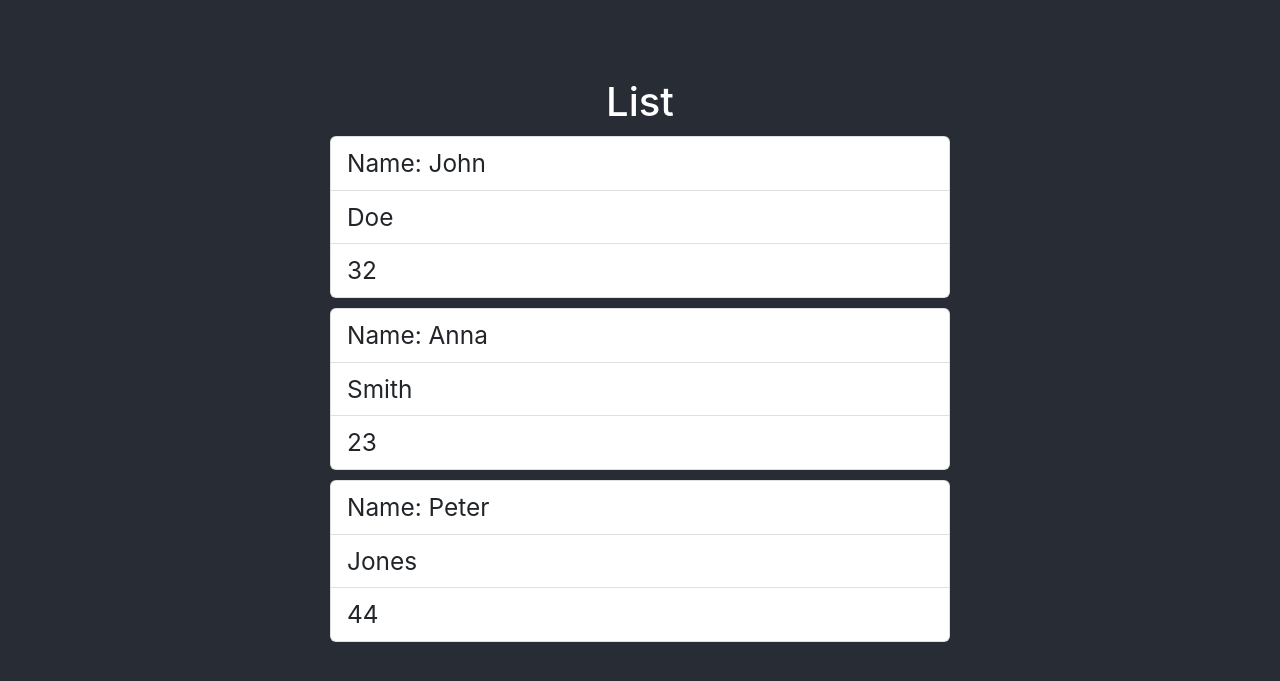
Repository: JasonMorta/ExamplesWithReact
Page: / (app in examples/)
The author's editor kept a copy of each file at every save. The page is drawn from the files as they stood at one save, then again after the next save.
The browser window is 1280 px wide. The pictures show the whole page.
The project was rebuilt for these pictures with package versions that can differ from the ones it lists, and the page was loaded fresh each time.

Above is the page before, as saved 2022-10-03 19:48:56.

### examples/public/index.html
<!DOCTYPE html>
<html lang="en">
  <head>
    <meta charset="utf-8" />
    <link rel="icon" href="%PUBLIC_URL%/favicon.ico" />
    <meta name="viewport" content="width=device-width, initial-scale=1" />
    <meta name="theme-color" content="#000000" />
    <meta
      name="description"
      content="Web site created using create-react-app"
    />
    <link rel="apple-touch-icon" href="%PUBLIC_URL%/logo192.png" />
    <!--
      manifest.json provides metadata used when your web app is installed on a
      user's mobile device or desktop. See https://developers.google.com/web/fundamentals/web-app-manifest/
    -->
    <link rel="manifest" href="%PUBLIC_URL%/manifest.json" />
    <!--
      Notice the use of %PUBLIC_URL% in the tags above.
      It will be replaced with the URL of the `public` folder during the build.
      Only files inside the `public` folder can be referenced from the HTML.

      Unlike "/favicon.ico" or "favicon.ico", "%PUBLIC_URL%/favicon.ico" will
      work correctly both with client-side routing and a non-root public URL.
      Learn how to configure a non-root public URL by running `npm run build`.
    -->
    <link href="https://cdn.jsdelivr.net/npm/bootstrap@5.2.1/dist/css/bootstrap.min.css" rel="stylesheet">
    <title>React App</title>
  </head>
  <body>
    <noscript>You need to enable JavaScript to run this app.</noscript>
    <div id="root"></div>
    <!--
      This HTML file is a template.
      If you open it directly in the browser, you will see an empty page.

      You can add webfonts, meta tags, or analytics to this file.
      The build step will place the bundled scripts into the <body> tag.

      To begin the development, run `npm start` or `yarn start`.
      To create a production bundle, use `npm run build` or `yarn build`.
    -->
  </body>
</html>

### examples/src/App.js
import logo from './logo.svg';
import './App.css';
import Instance from './components/Instance';





function App() {
  return (
    <div className="App">
      <header className="App-header">
      <Instance />
      </header>
    </div>
  );
}

export default App;

### examples/src/App.css
.App {
  text-align: center;
}

.App-logo {
  height: 40vmin;
  pointer-events: none;
}

@media (prefers-reduced-motion: no-preference) {
  .App-logo {
    animation: App-logo-spin infinite 20s linear;
  }
}

.App-header {
  background-color: #282c34;
  min-height: 100vh;
  display: flex;
  flex-direction: column;
  align-items: center;
  justify-content: center;
  font-size: calc(10px + 2vmin);
  color: white;
}

.App-link {
  color: #61dafb;
}

@keyframes App-logo-spin {
  from {
    transform: rotate(0deg);
  }
  to {
    transform: rotate(360deg);
  }
}


ul {
  margin: 10px;
  text-align: initial;
}

### examples/src/components/Instance.jsx
import React from 'react'

export default function Instance() {

const employees = [
  { firstName: "John", lastName: "Doe", age: 32 },
  { firstName: "Anna", lastName: "Smith", age: 23 },
  { firstName: "Peter", lastName: "Jones", age: 44 },
];



  return (
    <div style={{minWidth: "50%"}}>
      <h1>List</h1>

      {employees.map(obj =>
        <ul class="list-group">
          <li class="list-group-item">Name: {obj.firstName}</li>
          <li class="list-group-item">{obj.lastName}</li>
          <li class="list-group-item">{obj.age}</li>
        </ul>
      )}
    </div>
  );
}

Loaded but not shown: examples/src/index.js (common file); examples/src/index.css (common file); examples/src/reportWebVitals.js (common file)

After the next save:
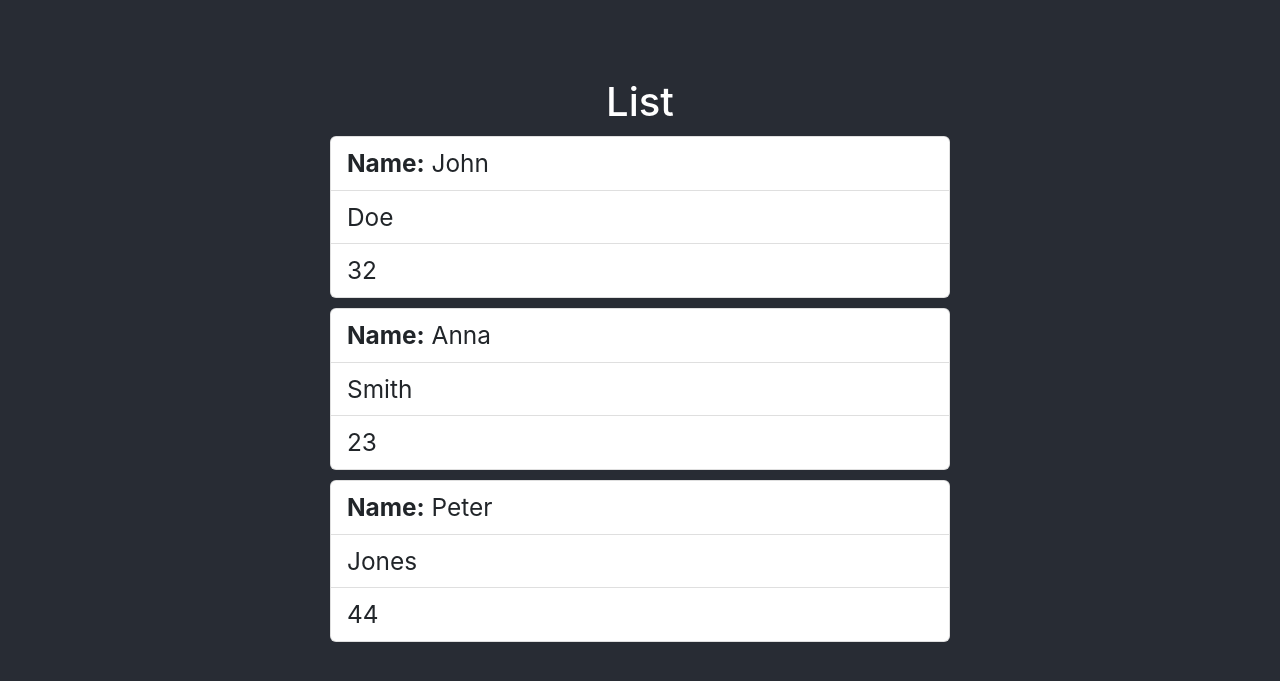
Saved 7 s later.
--- a/examples/src/components/Instance.jsx
+++ b/examples/src/components/Instance.jsx
@@ -16,7 +16,7 @@
 
       {employees.map(obj =>
         <ul class="list-group">
-          <li class="list-group-item">Name: {obj.firstName}</li>
+          <li class="list-group-item"><b>Name:</b> {obj.firstName}</li>
           <li class="list-group-item">{obj.lastName}</li>
           <li class="list-group-item">{obj.age}</li>
         </ul>
